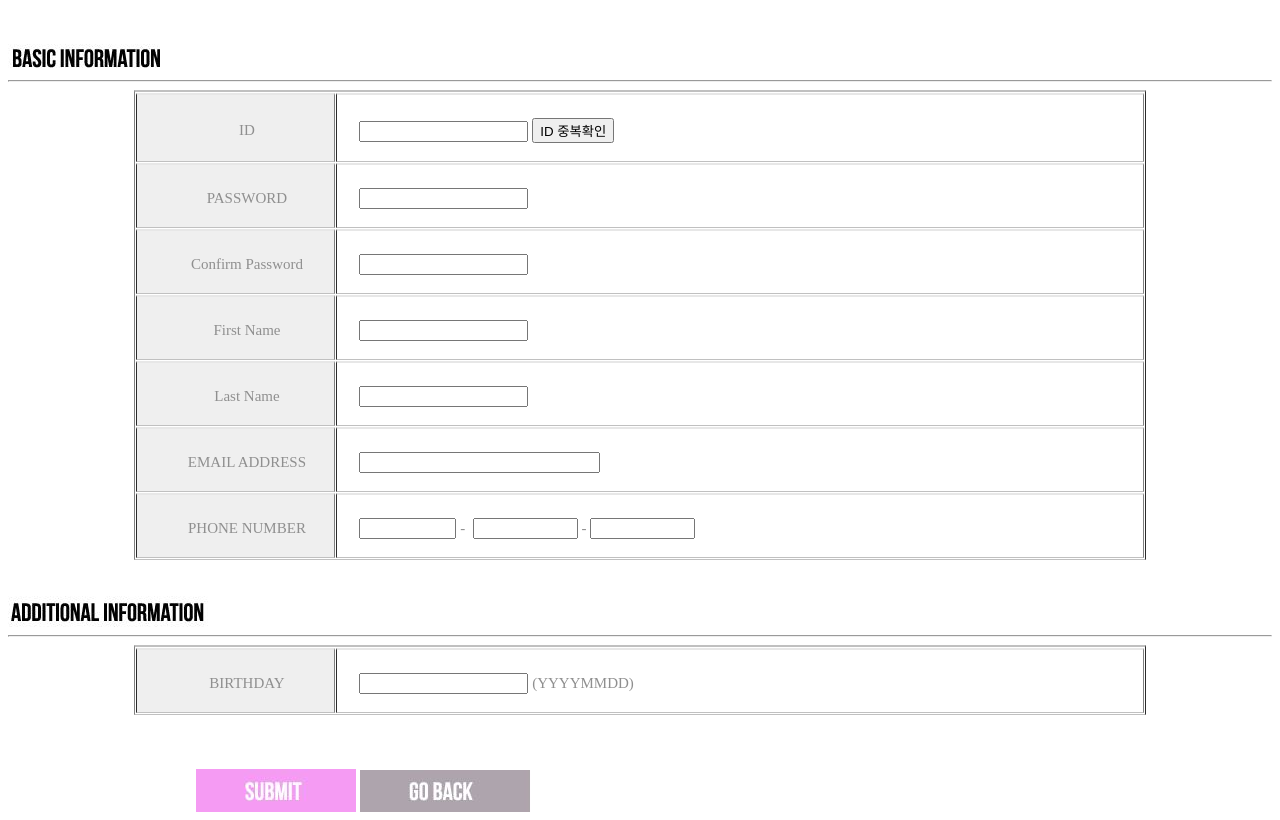
Repository: kminjoo/Making-website-using-JSP
Page: http://localhost/website_project/Register.jsp
An editor plug-in stored every save of this project. The page is shown before and after the next save, followed by the edit.
The browser window is 1280 px wide. The pictures show the whole page.
The page is served by Tomcat 9.

Above is the page before, as saved 2015-07-21 14:31:44.

After the next save:
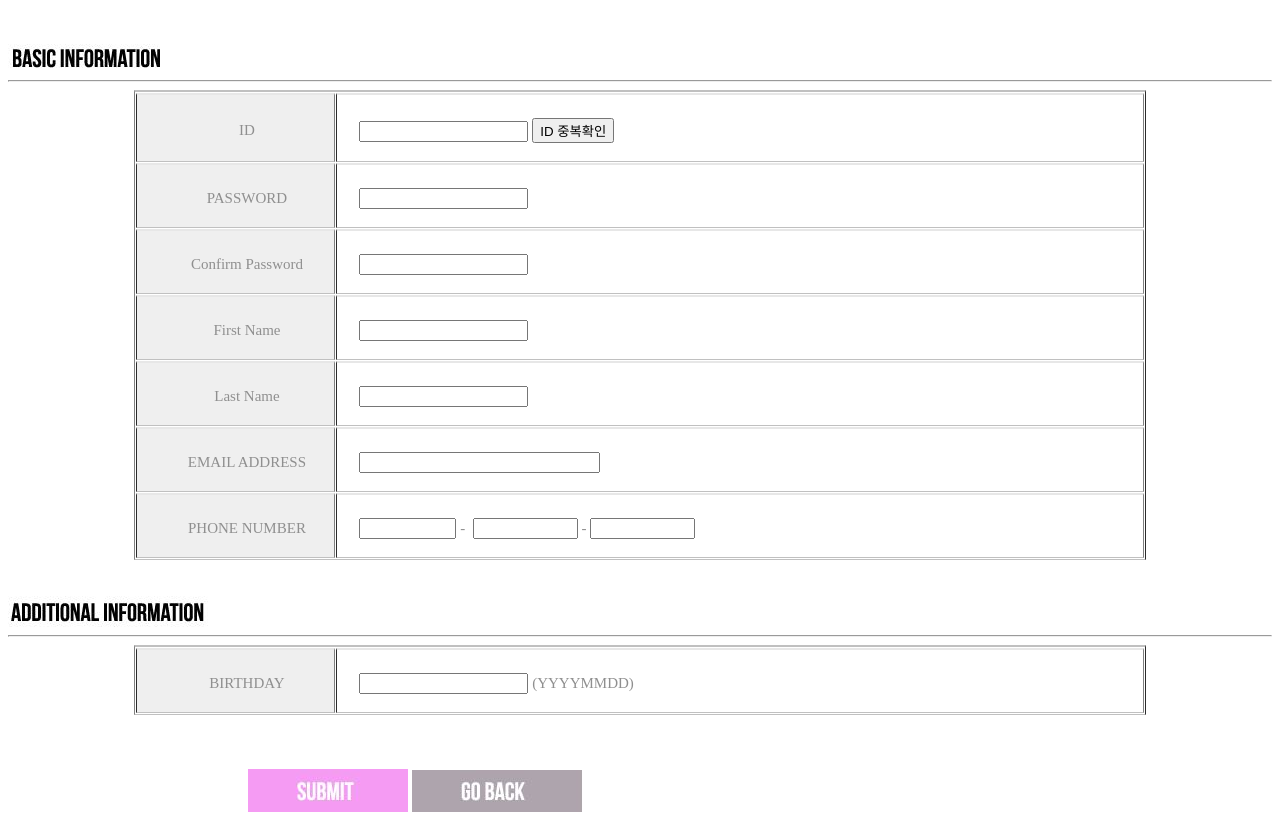
Saved 13 s later.
--- a/website_project/WebContent/Register.jsp
+++ b/website_project/WebContent/Register.jsp
@@ -63,7 +63,9 @@
 <div>&nbsp;&nbsp;&nbsp;&nbsp;&nbsp;&nbsp;&nbsp;&nbsp;&nbsp;&nbsp;&nbsp;
 &nbsp;&nbsp;&nbsp;&nbsp;&nbsp;&nbsp;&nbsp;&nbsp;&nbsp;&nbsp;&nbsp;
 &nbsp;&nbsp;&nbsp;&nbsp;&nbsp;&nbsp;&nbsp;&nbsp;&nbsp;&nbsp;&nbsp;
-&nbsp;&nbsp;&nbsp;&nbsp;&nbsp;&nbsp;&nbsp;&nbsp;&nbsp;&nbsp;&nbsp;<img src="<%=request.getContextPath() %>/images/submit.JPG"/>
+&nbsp;&nbsp;&nbsp;&nbsp;&nbsp;&nbsp;&nbsp;&nbsp;&nbsp;&nbsp;&nbsp;
+&nbsp;&nbsp;&nbsp;&nbsp;&nbsp;&nbsp;&nbsp;&nbsp;&nbsp;&nbsp;&nbsp;
+<img src="<%=request.getContextPath() %>/images/submit.JPG"/>
 <img src="<%=request.getContextPath() %>/images/goback.JPG"/></div>
 </body>
 </html>
